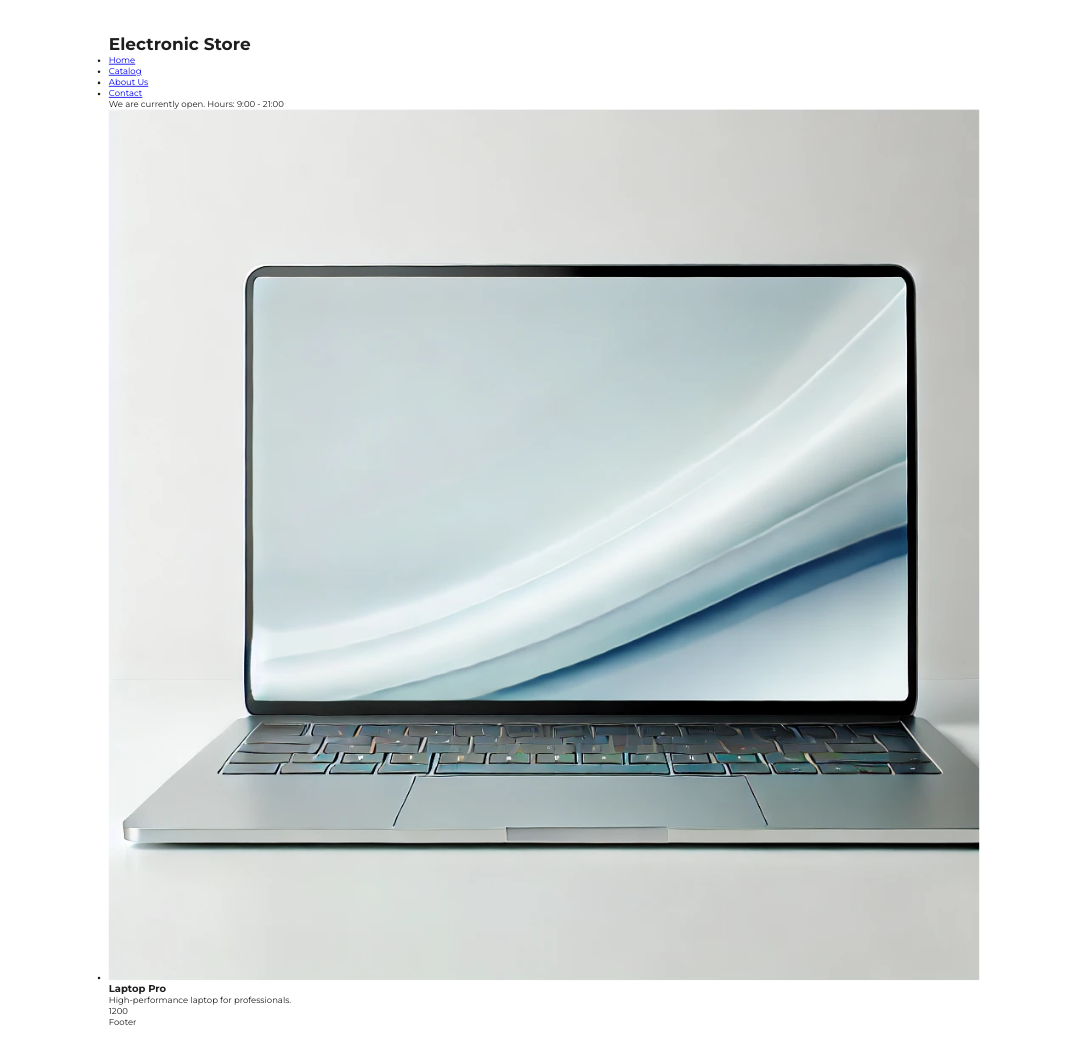
Repository: Lithium87/e-Strore
Page: /
An editor plug-in stored every save of this project. The page is shown before and after the next save, followed by the edit.
The browser window is 1280 px wide. The pictures show the whole page, at 85% of full size.
The project was rebuilt for these pictures with package versions that can differ from the ones it lists, and the page was loaded fresh each time. Also part of the build but not shown: vite.config.js.

Above is the page before, as saved 2025-07-05 16:16:09.

After the next save:
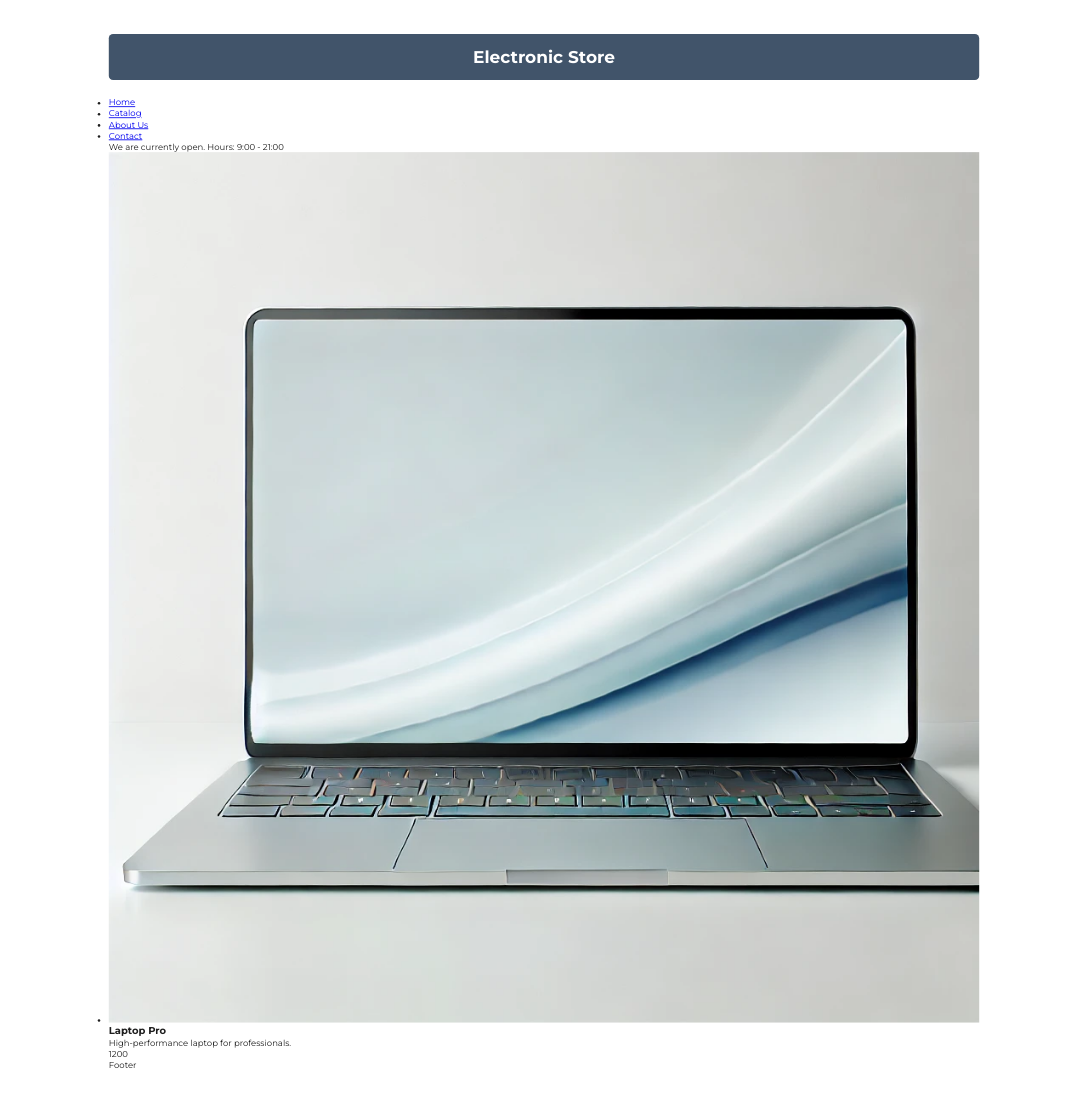
Saved 100 s later.
--- a/src/App.jsx
+++ b/src/App.jsx
@@ -64,7 +64,7 @@ const Header = () => {
 
   return (
     <header>
-      <h1>Electronic Store</h1>
+      <h1 className="header">Electronic Store</h1>
       <nav>
         <ul>
           <li>
